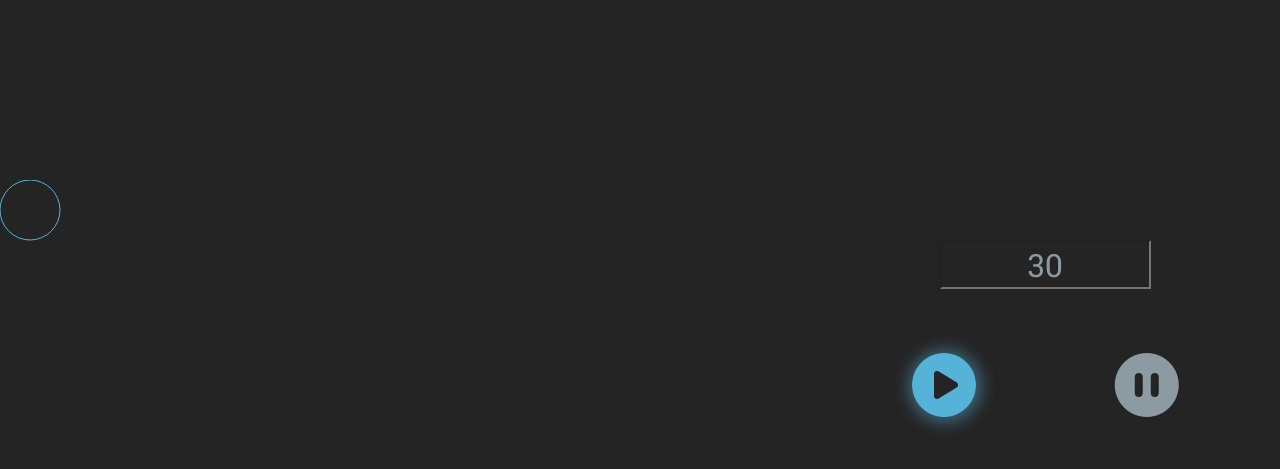
Repository: Sbethm/javascript-challenges
Page: index.html
An editor plug-in stored every save of this project. The page is shown before and after the next save, followed by the edit.
The browser window is 1280 px wide. The pictures show the whole page.
Some web libraries are served in a nearby version. The style sheet was rebuilt from its Sass, Less or Tailwind sources for each picture, by a compiler version that may differ from the author's.

Above is the page before, as saved 2021-09-17 15:33:53.

### index.html
<!DOCTYPE html>
<html lang="en">
<head>
    <meta charset="UTF-8">
    <meta http-equiv="X-UA-Compatible" content="IE=edge">
    <meta name="viewport" content="width=device-width, initial-scale=1.0">
    <link rel="stylesheet" href="./CSS/main.css">
    <link rel="preconnect" href="https://fonts.googleapis.com">
    <link rel="preconnect" href="https://fonts.gstatic.com" crossorigin>
    <link href="https://fonts.googleapis.com/css2?family=Roboto+Slab&display=swap" rel="stylesheet">
    <script src="https://kit.fontawesome.com/4348baf125.js" crossorigin="anonymous"></script>
    <title>SarahMoosa: JavaScript Challenges</title>
</head>
<body>
    <header></header>
    <main>
        <svg height="200" width="200">
            <circle  cx="30" cy="30"\>
        </svg>
        <div class="container">
            <input type="text" value="30">
            <i class="fas fa-play-circle active"></i>
            <i class="fas fa-pause-circle"></i>
        </div>
    </main>
    <script src="./JS/timerClass.js"></script>
    <script src="./JS/apps.js"></script>
</body>
</html>

### JS/timerClass.js
class Timer {
    constructor(durationInput, playBtn, pauseBtn) {
        this.durationInput = durationInput;
        this.playBtn = playBtn;
        this.pauseBtn = pauseBtn;

        this.playBtn.addEventListener('click', this.start);
        this.pauseBtn.addEventListener('click', this.pause);
    }

    start = () => {
        this.tick();
        this.interval = setInterval(this.tick, 1000);

        playBtn.classList.remove('active');
        pauseBtn.classList.add('active');
        // for(let i = durationInput; durationInput > 0; i--){
        //     setTimeout(this.tick, 1000);
        // }
    };

    pause = () => {
        clearInterval(this.interval);

        pauseBtn.classList.remove('active');
        playBtn.classList.add('active');
    };

    tick = () => {
        if(this.timeRemaining > 0){
            this.timeRemaining = this.timeRemaining - 1;
        } else {
            this.pause();
        }

    };

    get timeRemaining () {
        return parseFloat(this.durationInput.value);
    }
    set timeRemaining (time) {
        this.durationInput.value = time;
    }
}

### JS/apps.js
const playBtn = document.querySelector('.fa-play-circle ');
const pauseBtn = document.querySelector('.fa-pause-circle ');
const input = document.querySelector('input');

//Reusable Timer Class


const timer1 = new Timer(input, playBtn, pauseBtn);








// //FUNCTIONS
// function startTimer() {
//     let inputNum = document.querySelector('input').value;

//     let countDownNum = Number(inputNum);

//     if(!countDownNum || countDownNum !== Math.floor(countDownNum)) {
//         console.log("WHOLE NUMBERS ONLY!")
//     } else {
//         countDownNum--;
//         inputNum = countDownNum;
//         console.log(inputNum);
//     }
// }

// function pauseTimer() {

// }



// playBtn.addEventListener('click', () => {
//     //Btn style change
//     playBtn.classList.remove('active');
//     pauseBtn.classList.add('active');

//     //Input countdown
//     startTimer()


// })

// pauseBtn.addEventListener('click', () => {
//     //Btn style change
//     pauseBtn.classList.remove('active');
//     playBtn.classList.add('active');

//     //Pause Timer
//     pauseTimer();
// })

### SCSS/main.scss
@import "./variables";

body {
    background-color: rgb(37, 36, 36);
    margin: 0;
}

main{
    height: 100vh;
    display: flex;
    align-items: center;
    justify-content: center;
}

svg{
    width: 100vw;
    height: 50vh;


    & circle {
        fill: rgb(37, 36, 36);
        stroke: $activeColor;
        r: 30;
    }
}


.container {
    display: grid;
    grid-template-columns: Max(8rem, 50%) Max(8rem, 50%);
    grid-row: 25% 75%;
    width: Max(500px, 50%);
    padding: 1em;
    margin: 0 auto;
    //Used to style Input font
    font-family: 'Roboto Slab', serif;
    font-size: 2rem;
}

input {
    width: 50%;
    grid-area: 1 / 1 / 2 / 3;
    margin: 0 auto;
    background-color:  rgb(37, 36, 36);
    text-align: center;
    //Uses styles from parent .container
    font-family: inherit;
    font-size: 100%;
}

input[type='text']{
    color: $inactiveColor;
}

i {
    margin: 1em auto;
    font-size: Max(2rem, 4rem);
    color: $inactiveColor;
    border-radius: 50%;
}

.fa-play-circle {
    grid-area: 2 / 1 / 3 / 2;
}

.fa-pause-circle {
    grid-area: 2 / 2 / 3 / 3;
}

.active {
    color: $activeColor;
    box-shadow: 1px 1px 15px 5px rgba(85,179,216,0.46);
}
// rgb(85, 179, 216)
.inactive {
    color: $inactiveColor;
    box-shadow: none;
}

### SCSS/_variables.scss
//COLORS
$activeColor: hsl(197, 63%, 59%);
$inactiveColor: hsl(197, 10%, 59%);

After the next save:
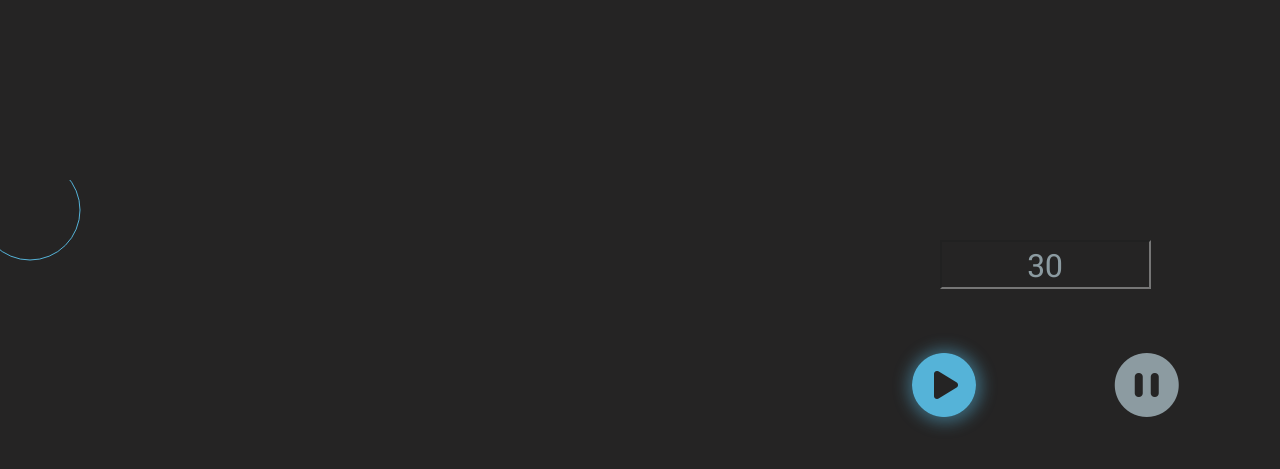
Saved 4 s later.
--- a/SCSS/main.scss
+++ b/SCSS/main.scss
@@ -20,7 +20,7 @@ svg{
     & circle {
         fill: rgb(37, 36, 36);
         stroke: $activeColor;
-        r: 30;
+        r: 50;
     }
 }
 
